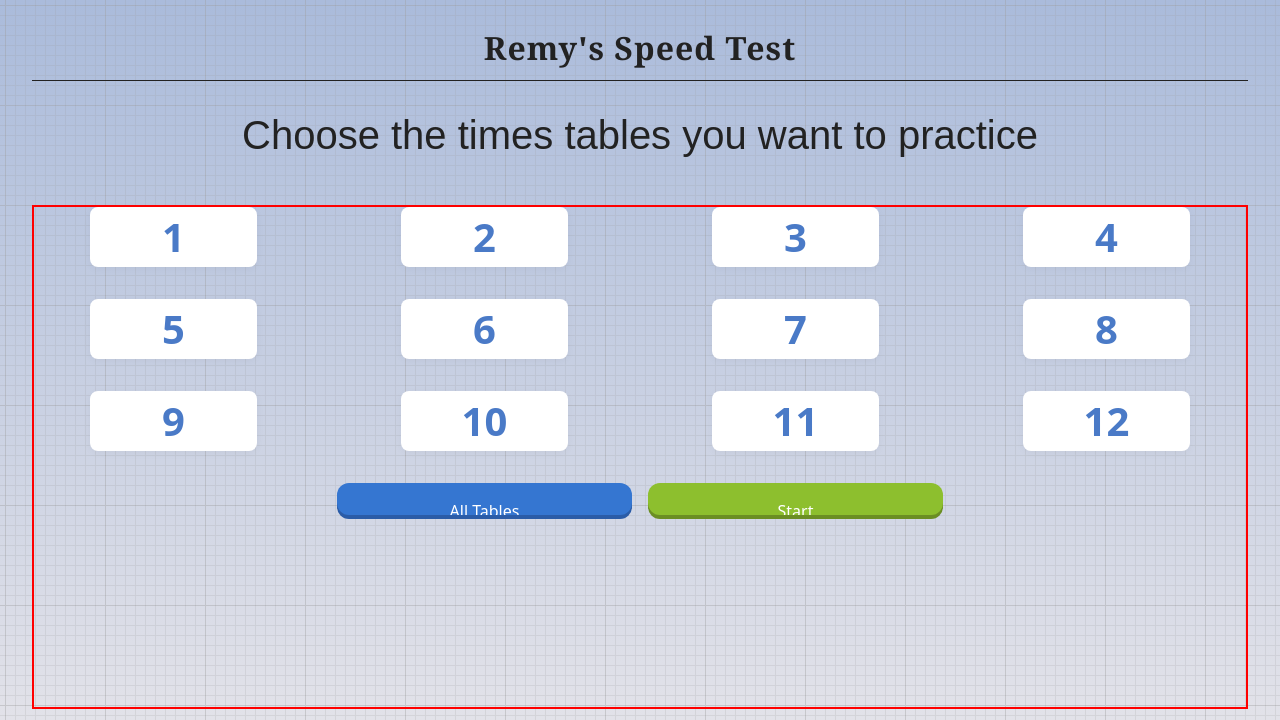
Repository: Chinurum-Omenuko/remys-speed-test
Page: / (app in app/)
An editor plug-in stored every save of this project. The page is shown before and after the next save, followed by the edit.
The browser window is 1280 px wide. The pictures show the whole page.
The project was rebuilt for these pictures with package versions that can differ from the ones it lists, and the page was loaded fresh each time. The framework's server and built-in components were replaced by stand-ins that run in the browser. Also part of the build but not shown: app/svelte.config.js, app/vite.config.ts.

Above is the page before, as saved 2025-11-17 20:59:47.

### app/src/routes/+page.svelte

<script lang="ts">
	import { goto } from "$app/navigation";
	import { GameStore } from "../stores/gameStore.svelte";

	let store = GameStore;
	let chosenTables = store.getTables()
	const tables = Array.from({ length: 12 }, (_, i) => i + 1);

	function selectTable(table: number) {
		store.addTables(table)
	}

	function allTables(){
		tables.forEach(table => {
			let index = chosenTables.indexOf(table)
			if(!chosenTables.includes(table)){
				selectTable(table)
				return
			}
			chosenTables.splice(index, 1)
		});
	}


	function start() {
		store.generateQuestions(chosenTables)
		goto("/test")
	}



	function lastResults() {
		alert('Show last results');
	}
</script>
<div class="landing-bg">
	<div style="padding: 1.5rem 2rem 0 2rem;">
		<h1 class="title">Remy's Speed Test</h1>
		<div class="dotted"></div>
		<h2 class="subtitle">Choose the times tables you want to practice</h2>
		<div class="content">
			<div class="tables-grid">
				{#each tables as table}
					<button
						type="button"
						class="table-btn {chosenTables.includes(table) ? 'selected' : ''}"
						on:click={() => {

							selectTable(table)
							}}
						aria-pressed={chosenTables[table] === table}
					>
						{table}
					</button>
				{/each}
			</div>
			<div class="actions">

				{#if chosenTables.length == 12}
					<button class="red-btn btn bg-red-500" on:click={allTables}>Deselect All Tables</button>
				{:else}
					<button class="blue-btn btn" on:click={allTables}>All Tables</button>
				{/if}

				<button class="green-btn btn" on:click={start}>Start</button>
			</div>
		</div>
	</div>
</div>

<style>
	* {
 		min-height: 0;
	}

	.landing-bg {


		background-image:url("data:[embedded picture, 1695 characters]"), linear-gradient(180deg, #aabbdb, #e2e2e9);
		min-height: 100vh;
		max-width: 100vw;
		padding: 0;
		margin: 0;
	}
	.title {
		font-size: 2rem;
		font-weight: 700;
		margin: 0 0 0.5rem 0;
		letter-spacing: 1px;
		color: #222;
		font-family: Georgia, 'Times New Roman', Times, serif;
		text-align: center;
	}
	.dotted {
		border-bottom: 1px solid #222;
		margin-bottom: 1.5rem;
	}
	.subtitle {
		font-size: clamp(1rem, 5vw, 2.5rem);
		font-weight: 100;
		margin-bottom: 2.5rem;
		text-align: center;
		color: #222;
		font-family: Arial, Helvetica, sans-serif;
	}

	.content{
		display: flex;
		flex-direction: column;
		justify-content: start;
		align-items: center;
		max-width: 100vw;
		min-height: 50vh;
	}
	.tables-grid {
		display: grid;
		grid-template-columns: repeat(6, 1fr);
		gap: 2rem;
		/* border: solid 2px green; */
		width: 100%;
	}
	.table-btn {
		background: #fff;
		border-radius: 8px;
		font-size: 2.5rem;
		font-weight: 700;
		color: #4a7ac7;
		width: 60%;
		height: 100%;
		display: flex;
		align-items: center;
		justify-content: center;
		cursor: pointer;
		transition: box-shadow 0.2s, border 0.2s;
		margin: 0 auto;
		box-shadow: 0 2px 8px rgba(0,0,0,0.04);
	}
	.table-btn.selected {
		border: 3px solid #2e5eaa;
		background: #eaf1ff;
		color: #2e5eaa;
	}
	.actions {
		display: flex;
		justify-content: space-between;
		align-items: stretch;
		max-width: 1200px;
		min-width: 50%;
		margin: 2rem auto 0 auto;
		flex-direction: row;

	}

	.btn {
		width: 80%;
		height: 50%;
		color: #fff;
		border-radius: 12px;
		padding: 1rem 2.5rem;
		cursor: pointer;
		margin-bottom: 0.5rem;
		display: -webkit-box;
		-webkit-line-clamp: 1; /* number of lines */
		-webkit-box-orient: vertical;
		overflow: hidden;
		white-space: nowrap;
		text-overflow: ellipsis;
	}
	.blue-btn {
		background:  #3576d1;
		border: none;
		box-shadow: 0 4px 0 #2b5ca7;
		transition: background 0.2s;
		font-size: 1em;
	}
	.blue-btn:active {
		background: #3576d1;
	}
	.green-btn {
		background: #8dbf2e;
		border: none;
		box-shadow: 0 4px 0 #6b8e23;
		margin-left: 1rem;
		transition: background 0.2s;
	}
	.green-btn:active {
		background: #8dbf2e;
	}

	/* 640px: small tablet */
	@media (min-width: 340px) and (max-width: 640px){
		.content{
			height: 70vh;
			display: flex;
			flex-direction: column;
			justify-content: space-around;

		}
		.title{
			font-size: 20px;
		}
		.tables-grid {
			grid-template-columns: repeat(2, 1fr);
			height: 100%;

		}
		.table-btn {
			font-size: 1.5rem;
			height: 100%;
			border-radius: 30cap;
		}
		.actions {
			flex-direction: row;
			align-items: stretch;
			gap: 2rem;
			width: 80vw;
			height: 30%;
		}
	}
	@media (min-width: 640px) {
		.tables-grid {
			grid-template-columns: repeat(3, 1fr);
		}
	}

	/* 768px: tablet portrait */
	@media (min-width: 768px) {
		.tables-grid {
			grid-template-columns: repeat(4, 1fr);
		}

		.content{
			border: solid 2px red;
			height: 70vh;

		}


	}

	/* 1024px: tablet landscape / small laptop */
	/* @media (min-width: 1024px) {
		.tables-grid {
			grid-template-columns: repeat(4, 1fr);
		}
		.table-btn {
			width: 140px;
			height: 110px;
			font-size: 2rem;
		}
		.actions {
			flex-direction: row;
			align-items: center;
			gap: 1rem;
		}
	} */

	/* @media (min-width: 1200px) and (max-height: 700px) {

	} */


	/* 1280px: laptop */
	/* @media (min-width: 1280px) {} */

	/* 1536px: large desktop */
	/* @media (min-width: 1536px) {} */




</style>

### app/src/stores/gameStore.svelte.ts
import { writable } from "svelte/store";
import { createQuestions } from "../utils/gameUtils";

function createGameStore(){
    let allQuestions = $state<any[]>([])
    let selectedTables: number[] = $state([])


    return{
        selectedTables,
        get allQuestions(){
            return allQuestions;
        },
        clearSelectedTables: () => {
            selectedTables = []
        },
        getTables: () => selectedTables,
        addTables: (table: number) => {
            let index = selectedTables.indexOf(table)

            if(!selectedTables.includes(table)){
                selectedTables.push(table)
                return
            }

            selectedTables.splice(index,1)

        },
        generateQuestions: (table: number[]) => {
            let questions = createQuestions(table)

            let flat = Object.values(questions).flat();
            allQuestions = [...allQuestions, ...flat];


        },

        removeQuestions: () => allQuestions = []
    }
}

export const GameStore = createGameStore()

### app/src/utils/gameUtils.ts
function makeQuestionObject(table: number){
    let questionsObjectArray = []
    for (let i = 1; i <= 12; i++){
        let question = {
            id: table + '-' + i,
            table: table,
            multiplier: i,
            question: `${table} x ${i}`,
            answer: table * i
        };
        questionsObjectArray.push(question);
    }
    return questionsObjectArray;
}

export function createQuestions(timeTable: number[]){
    let questions = {};

    timeTable.forEach(table => {
        let objectArray = makeQuestionObject(table)
        questions[table] = objectArray
    });
    return questions
}

Loaded but not shown: app/src/app.html (common file); app/src/routes/+layout.svelte (common file); app/src/app.css (common file)

After the next save:
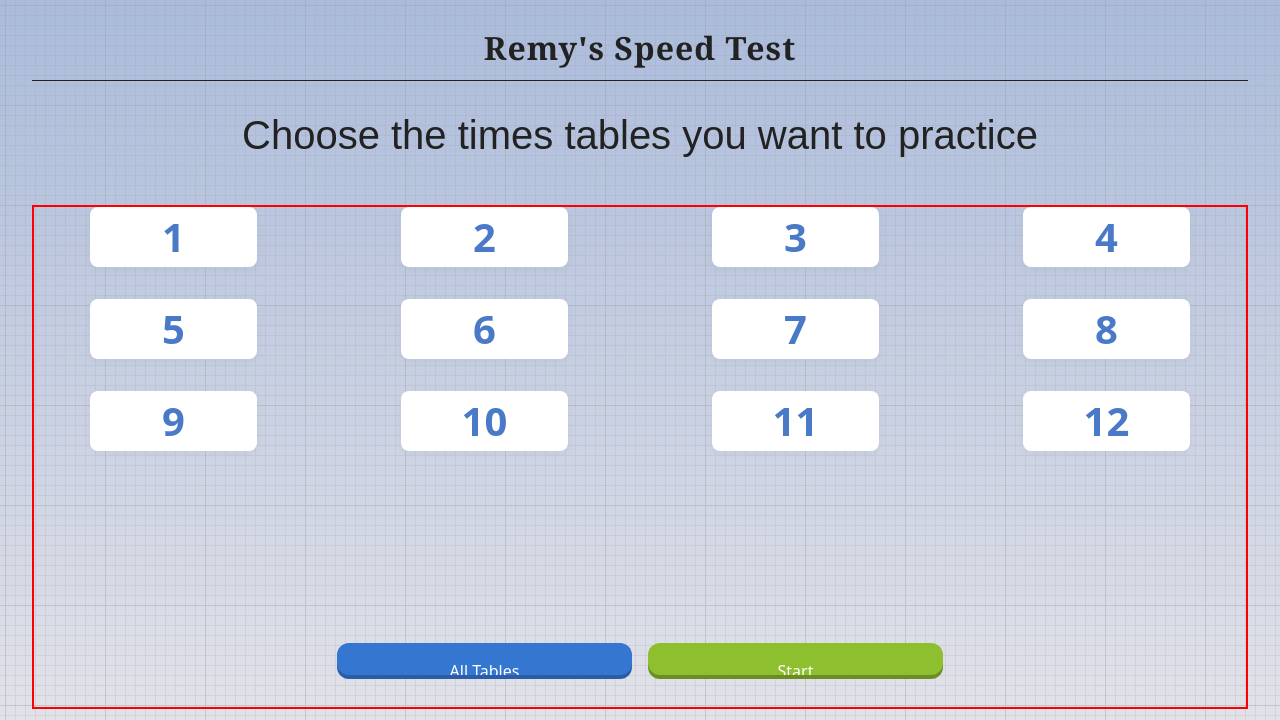
Saved 13 s later.
--- a/app/src/routes/+page.svelte
+++ b/app/src/routes/+page.svelte
@@ -233,8 +233,11 @@
 		.content{
 			border: solid 2px red;
 			height: 70vh;
-
-		}
+			justify-content: space-between;
+
+		}
+
+
 
 
 	}
